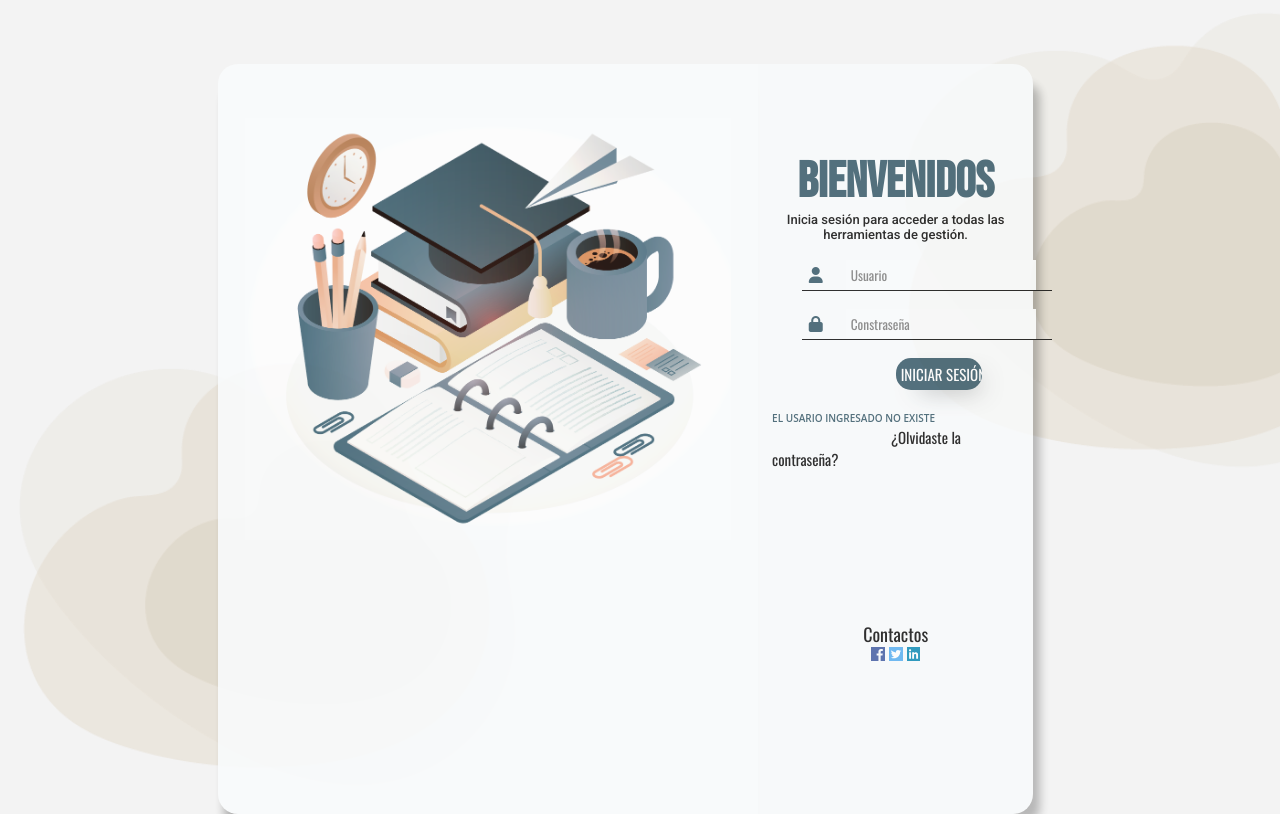
Repository: AlejandraBarrachina23/TPIntegrador_Barrachina_Java
Page: http://localhost/Alejandra_Barrachina_TP_Integrador1/login.jsp
These files come from the project's save history. The page is drawn as it stood at one moment and after the next save; the edit follows.
The browser window is 1280 px wide. The pictures show the whole page.
Some web fonts or font styles are not loaded; a fallback is used. Some web libraries are served in a nearby version. The page is served by Tomcat 9. Nobody is signed in. The application's start-up code is not run.

Above is the page before, as saved 2019-12-05 17:11:36.

After the next save:
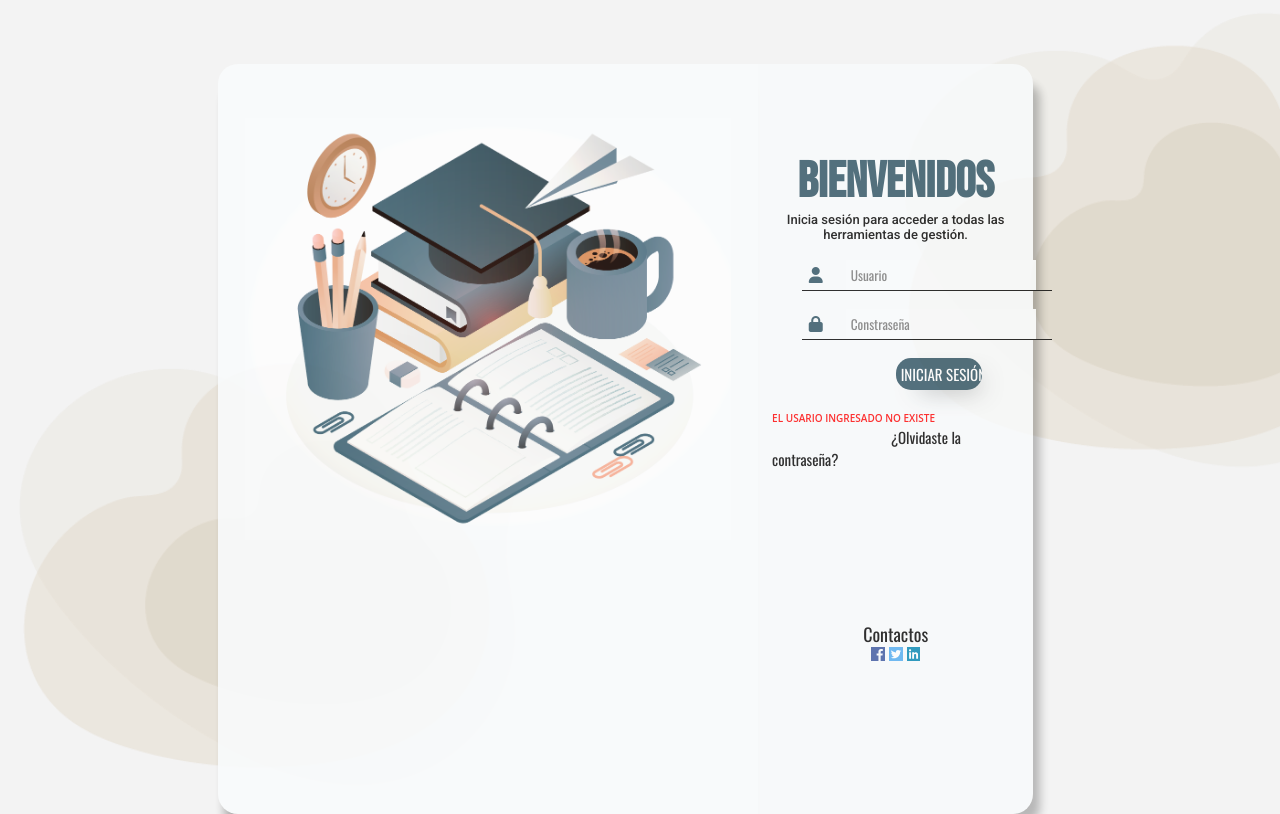
Saved 3 min 30 s later.
--- a/Alejandra_Barrachina_TP_Integrador1/WebContent/estilos.css
+++ b/Alejandra_Barrachina_TP_Integrador1/WebContent/estilos.css
@@ -35,7 +35,6 @@ body {
 
  #error-404 a{
 
-
 	color:black;
 
  }
@@ -49,6 +48,12 @@ body {
   #error-404 h2 {
 
   font-size:50px;
+  }
+
+
+  #login-avisos {
+
+  	color:red;
   }
 
  #form-login {
